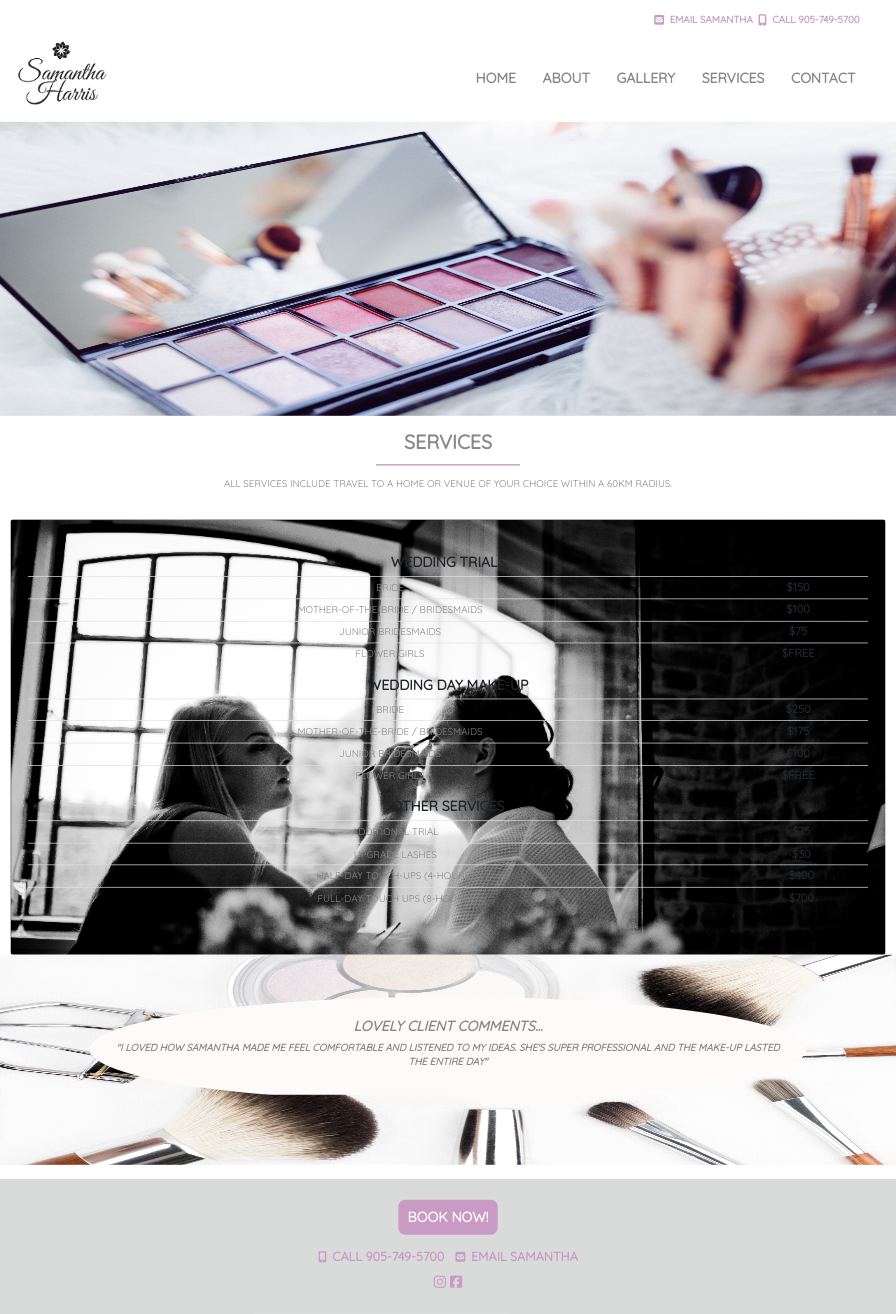
Repository: JayneyNix/milestone-1-UCFD
Page: services.html
The author's editor kept a record of every edit. The page is drawn from the files as they stood at one moment, then again after the next edit.
The browser window is 1280 px wide. The pictures show the whole page, at 70% of full size.
Some web libraries are served in a nearby version.

Above is the page before.

### services.html
<!DOCTYPE html>
<html lang="en">

<head>
    <meta charset="UTF-8">
    <meta name="viewport" content="width=device-width, initial-scale=1.0">
    <meta http-equiv="X-UA-Compatible" content="ie=edge">
    <title>Services | Professional Bridal Make-Up | Samantha Harris</title>
    <link rel="shortcut icon" type="image/png" href="Assets/favicon.png">
    <script src="https://code.jquery.com/jquery-3.3.1.slim.min.js" integrity="sha384-q8i/X+965DzO0rT7abK41JStQIAqVgRVzpbzo5smXKp4YfRvH+8abtTE1Pi6jizo" crossorigin="anonymous"></script>
    <link href="https://stackpath.bootstrapcdn.com/bootstrap/4.3.1/css/bootstrap.min.css" rel="stylesheet" integrity="sha384-ggOyR0iXCbMQv3Xipma34MD+dH/1fQ784/j6cY/iJTQUOhcWr7x9JvoRxT2MZw1T" crossorigin="anonymous" type="text/css">
    <link rel="stylesheet" href="https://cdnjs.cloudflare.com/ajax/libs/hover.css/2.3.1/css/hover-min.css" type="text/css">
    <link rel="stylesheet" href="https://fonts.googleapis.com/css?family=Quicksand">
    <script src="https://kit.fontawesome.com/26094534a3.js" crossorigin="anonymous"></script>
    <link rel="stylesheet" href="Assets/style.css" class="text/css">
</head>

<body>
    <!--Navigation-->

    <div class="fixed-header d-flex flex-row-reverse mt-2 pr-5 align-items-center">
        <div class="p-1 call-text mt-2">
            <a class="call-header" href="tel:905-749-5700" target="-blank">
                <h5 class="h5 headings"><span class="number">Call 905-749-5700</span></h5>
            </a>
        </div>
        <div class="p-1 call-icon"><a class="call-header" href="tel:905-749-5700" target="-blank"><i class="fas fa-mobile-alt" aria-hidden="true"></i></a>
        </div>
        <div class="p-1 email-text mt-2">
            <a class="email-header" href="mailto:bookings@samanthaharris.ca" target="-blank">
                <span class="call"><h5 class="h5 headings">Email Samantha</h5></span>
            </a>
        </div>
        <div class="p-1 email-icon"><a class="email-header" href="mailto:bookings@samanthaharris.ca" target="-blank"><i class="fas fa-envelope-square" aria-hidden="true"></i></a>
        </div>
    </div>


    <div class="container-fluid nav-container no-padding" role="navigation">
        <nav class="navbar navbar-light navbar-expand-lg">

            <a class="navbar-brand" href="index.html">
                <img src="Assets/logo.png" class="d-inline-block align-top"
      alt="samantha-harris-logo"/>
      </a>

            <button class="navbar-toggler ml-auto" type="button" data-toggle="collapse" data-target="#navbarNavDropdown" aria-controls="navbarNavDropdown" aria-expanded="false" aria-label="Toggle navigation">
          <span class="navbar-toggler-icon"></span>
      </button>
            <div class="collapse navbar-collapse" id="navbarNavDropdown">
                <ul class="navbar-nav navbar-default ml-auto">
                    <li class="nav-item">
                        <a class="nav-link active" href="index.html">Home</a>
                    </li>
                    <li class="nav-item">
                        <a class="nav-link" href="about.html">About</a>
                    </li>
                    <li class="nav-item">
                        <a class="nav-link" href="gallery.html">Gallery</a>
                    </li>
                    <li class="nav-item">
                        <a class="nav-link" href="services.html">Services</a>
                    </li>
                    <li class="nav-item last">
                        <a class="nav-link" href="contact.html">Contact</a>
                    </li>
                </ul><br>
            </div>
        </nav>
    </div>

    <!--Navigation-->

    <!--Introduction-->

    <div class="container-fluid services-main-banner no-padding">
        <div class="row no-gutters">
            <div class="col-sm-12">
                <img src="Assets/make-up-palette.jpg" class="img-fluid services-image w-100" alt="about-page-banner-image" />

            </div>
        </div>
    </div>

    <div class="container-fluid intro-section no-padding text-center">
        <div class="row no-gutters">
            <div class="col-sm-12 col-md-12-offset-3">
                <h1 class="h1 headings">Services</h1>
                <hr class="line">
                <p class="p headings">All services include travel to a home or venue of your choice within a 60km radius.</p><br>
            </div>

        </div>

    </div>

    <!--Introduction-->

    <!--Services Section-->

    <div id="services-container" class="container-fluid">
        <div class="card card-image img-fluid" style="background-image: url(Assets/make-up-artist-and-bride-facing-eachother.jpg">
            <div class="pricing-table text-center py-5 px-4">
                    <div class="table-responsive-md">
                    <table class="table table-sm text-center">
<h2 class="h2 headings service-heading">Wedding Trials</h2>
                        <tbody>
                            <tr>
                                <th scope="row"></th>
                                <td class="first-col p headings">Bride</td>
                                <td class="second-col h4 headings">$150</td>

                            </tr>
                            <tr>
                                <th scope="row"></th>
                                <td class="first-col p headings">Mother-of-the-Bride / Bridesmaids</td>
                                <td class="second-col h4 headings">$100</td>

                            </tr>
                            <tr>
                                <th scope="row"></th>
                                <td class="first-col p headings">Junior Bridesmaids</td>
                                <td class="second-col h4 headings">$75</td>

                            </tr>
                            <tr>
                                <th scope="row"></th>
                                <td class="first-col p headings">Flower Girls</td>
                                <td class="second-col h4 headings">$FREE</td>

                            </tr>


                        </tbody>
                    </table>
</div>


                    <div class="table-responsive-md">
                    <table class="table table-sm">
                        <h2 class="h2 headings service-heading">Wedding Day Make-Up</h2>
                        <tbody>
                            <tr>
                                <th scope="row"></th>
                                <td class="first-col p headings">Bride</td>
                                <td class="second-col h4 headings">$250</td>

                            </tr>
                            <tr>
                                <th scope="row"></th>
                                <td class="first-col p headings">Mother-of-the-Bride / Bridesmaids</td>
                                <td class="second-col h4 headings">$175</td>

                            </tr>
                            <tr>
                                <th scope="row"></th>
                                <td class="first-col p headings">Junior Bridesmaids</td>
                                <td class="second-col h4 headings">$100</td>

                            </tr>
                            <tr>
                                <th scope="row"></th>
                                <td class="first-col p headings">Flower Girls</td>
                                <td class="second-col h4 headings">$FREE</td>

                            </tr>

                        </tbody>
                    </table>
                    </div>

                    <div class="table-responsive-md">
                    <table class="table table-sm">
                        <h2 class="h2 headings service-heading">Other Services</h2>
                        <tbody>
                            <tr>
                                <th scope="row"></th>
                                <td class="first-col p headings">Additional Trial</td>
                                <td class="second-col h4 headings">$75</td>

                            </tr>
                            <tr>
                                <th scope="row"></th>
                                <td class="first-col p headings">Upgrade Lashes</td>
                                <td class="second-col h4 headings">$30</td>

                            </tr>
                            <tr>
                                <th scope="row"></th>
                                <td class="first-col p headings">Half-Day Touch-Ups (4-Hours)</td>
                                <td class="second-col h4 headings">$400</td>

                            </tr>
                            <tr>
                                <th scope="row"></th>
                                <td class="first-col p headings">Full-Day Touch Ups (8-Hours)</td>
                                <td class="second-col h4 headings">$700</td>

                            </tr>


                        </tbody>
                    </table>
 </div>

            </div>
        </div>
    </div>

    <!--Services Section-->


    <!--Testimonials-->

    <div id="testimonial-carousel" class="carousel slide d-none d-md-block" data-ride="carousel">
        <div class="carousel-inner">
            <div class="carousel-item active">
                <img class="carousel-image d-block w-100" src="Assets/cosmetic-brushes.png" alt="Slide-One">
                <div class="carousel-caption d-none d-md-block height-auto">
                    <div class="box">
                        <h2 class="h2 headings carousel-heading align-items-center justify-content-center">Lovely client comments...</h2>
                        <p class="p headings carousel-text">"Sam was awesome from the moment I met her I knew I didn't want anyone else to do my make-up! I felt so confident and beautiful but still like me"
                        </p>
                    </div>
                </div>
            </div>

            <div class="carousel-item">
                <img class="carousel-image d-block w-100" src="Assets/cosmetic-brushes.png" alt="Slide-Two">
                <div class="carousel-caption d-none d-md-block">
                    <div class="box">
                        <h2 class="h2 headings carousel-heading align-items-center justify-content-center">Lovely client comments...</h2>
                        <p class="p headings carousel-text">"I loved how Samantha made me feel comfortable and listened to my ideas. She's super professional and the make-up lasted the entire day"
                        </p>
                    </div>
                </div>
            </div>
            <div class="carousel-item">
                <img class="carousel-image d-block w-100" src="Assets/cosmetic-brushes.png" alt="Slide-Three">
                <div class="carousel-caption d-none d-md-block">
                    <div class="box">
                        <h2 class="h2 headings carousel-heading align-items-center justify-content-center">Lovely client comments...</h2>
                        <p class="p headings carousel-text">"I was looking for someone who uses natural products and the latest techniques and Samantha was knowledgeable, experienced and wasn't flustered with our party of 7!"
                        </p>
                    </div>
                </div>
            </div>
        </div>
    </div>

    <!--Testimonials-->

    <!--Footer-->

    <footer class="container-fluid footer-container no-padding">

        <div id="footer" class="row">
            <div class="col-sm-12">
                <div class="action">
                    <btn class="footer-button">
                        <a class="contact-link" href="contact.html">
                            <h2 class="h2 headings footer-items">BOOK NOW!</h2>
                        </a>
                    </btn>
                </div>

                <div class="d-flex flex-row justify-content-center mt-3">

                    <div class="p-1 call-icon"><a class="call-header" href="tel:905-749-5700" target="-blank"><i class="fas fa-mobile-alt" aria-hidden="true"></i></a>
                    </div>
                    <div class="p-1 call-text mr-2">
                        <a class="call-contact" href="tel:905-749-5700" target="-blank">
                            <h3 class="h3 headings">Call 905-749-5700</h3>
                        </a>
                    </div>
                    <div class="p-1 email icon"><a class="email-header" href="mailto:bookings@samanthaharris.ca" target="-blank"><i class="fas fa-envelope-square" aria-hidden="true"></i></a>
                    </div>
                    <div class="p-1 email-text">
                        <a class="email-contact" href="mailto:bookings@samanthaharris.ca" target="-blank">
                            <h3 class="h3 headings">Email Samantha</h3>
                        </a>
                    </div>
                </div>

                <div class="col-sm-12">
                    <div class="social"></div>
                    <a class="insta" href="https://www.instagram.com" target="-blank"><i class="fab fa-instagram" aria-hidden="true"></i>
                    </a>
                    <a class="facebook" href="https://www.facebook.com" target="-blank"><i class="fab fa-facebook-square" aria-hidden="true"></i></a>
                </div>
            </div>
        </div>
    </footer>

    <!--Footer-->
    <script src="https://cdnjs.cloudflare.com/ajax/libs/jquery/3.4.1/jquery.slim.min.js"></script>
    <script src="https://cdnjs.cloudflare.com/ajax/libs/popper.js/1.15.0/umd/popper.min.js"></script>
    <script src="https://cdnjs.cloudflare.com/ajax/libs/twitter-bootstrap/4.3.1/js/bootstrap.min.js"></script>
</body>

</html>

### Assets/style.css
/*Typography*/

.headings {

    font-family: Quicksand, sans-serif;
    text-transform: uppercase;
    font-weight: bold;
}

.h1 {
    font-size: 28px;
    color: #8a8689;
    font-weight: bold;
}

.h2 {
    font-size: 20px;
    font-weight: bold;
}

.h3 {
    font-size: 18px;
    color: #8a8689;
}

.h4 {
    font-size: 16px;
}

.h5 {
    font-size: 14px;
    color: #8a8689;
}

.p {
    font-size: 14px;
    color: #8a8689;
    font-weight: normal;
}

.line {
    border-style: solid;
    border-width: 1px;
    border-color: #c99bc4;
    width:20%;
    background-position: center;
    background-repeat: no-repeat;
}

/*Typography*/


/*Contact Header*/

.p-1 .email-header {
    color: #c99bc4;
    text-decoration: none;
}

.p-1 .call-header {
    color: #c99bc4;
    text-decoration: none;
}

.p-1 .email-header:hover {
    color: #8a8689;
}

.p-1 .call-header:hover {
    color: #8a8689;
}

.p-1 .h5 {
    color: #c99bc4;
}

.p-1 .h5:hover {
    color: #8a8689;
}

/*Contact Header*/


/*--Navigation--*/

.nav-container {
    padding-right: 20px;
    padding-left: 0;
}

.navbar {
    background-color: #fff;
    padding: 0;
}

.navbar-brand {
    padding-left: 20px;
    padding-bottom: 20px;
    background-size: cover;
    width: 150;
    height: 150;
}

.navbar-nav {
    padding-right: 30px;
}

.nav-item {
    padding: 20;
}

.nav-link {
    font-family: "Quicksand", sans-serif;
    font-size: 20px;
    font-weight: bold;
    text-decoration: none;
    text-transform: uppercase;
    color: #8a8689!important;
    vertical-align: middle;
    padding-left: 30px!important;
}

.nav-link:hover {
    color: #c99bc4!important;
    transform: scale(1.25);
    transition: ease-in-out;
    transition-duration: 0.3s;
}

.navbar-light .navbar-toggler {
    padding-right: 30px;
    border: 0;
    font-weight: bold;
}

  .navbar-toggler:focus, .navbar-toggler:active {
    outline: none;
    box-shadow: none;
    color: #c99bc4;
  }

@media (max-width: 992px) {
    #navbarNavDropdown {
        text-align: center;
    }
}

/*--Navigation--*/


/*--Footer*/

.container-fluid .footer-container {
    display: inline-block;
    font-size: 0;
}

#footer {
    background-color: #d9dbda;
    text-align: center;
    padding-top: 30px;
    padding-bottom: 30px;
}

.footer-button {
    position: relative;
    display: inline-block;
    font-family: "Quicksand", sans-serif;
    font-size: 20px;
    font-weight: bolder;
    text-transform: uppercase;
    vertical-align: middle;
    border: 3px solid #c99bc4;
    border-radius: 10px;
    padding: 10px;
    text-align: center;
    background-color: #c99bc4;
}

.footer-button .contact-link {
    text-decoration: none;
}

.footer-items {
    color: #fffafa;
    font-weight: bold;
    vertical-align: middle;
    margin: 0;
}

.footer-items:hover {
    color: #8a8689;
    transform: scale(1.1);
    transition: ease-in-out;
    transition-duration: 0.5s;
}

.call-contact .h3 {
    color: #c99bc4;
    text-decoration: none;
}

.a .call-contact {
    text-decoration: none;
}

.email-contact .h3 {
    color: #c99bc4;
    text-decoration: none;
}

.a .email-contact {
    text-decoration: none;
}

.call-contact .h3:hover {
    color: #8a8689;
}

.email-contact .h3:hover {
    color: #8a8689;
}

.insta {
    color: #c99bc4;
    font-size: 20px;
}

.facebook {
    color: #c99bc4;
    font-size: 20px;
}

.insta:hover {
    color: #8a8689;
    text-decoration: none;
}

.facebook:hover {
    color: #8a8689;
    text-decoration: none;
}

/*--Footer*/


/*--Homepage Section 1 - Banner & Intro*/

.home-main-banner {
    max-width: 100%;
    height: 100%;
    padding: 0px 0px 20px;
    margin: 0;
    font-size: 0;
}

#home-main-intro {
    padding: 0;
    margin: 0;
}

.intro-section {
    padding: 0;
    width: 80%;
}

/*--End Homepage Section 1 - Banner & Intro*/


/*--Homepage Section 2 - Testimonials*/

#testimonial-carousel {
    display: block;
    padding: 0;
    font-size: 0;
    margin-bottom: 20px;
    height: 300px;
}

.carousel-image {
    height: 300px;
}

.carousel-caption {
    position: absolute;
    left: 50%;
    top: 40%;
    transform: translate(-50%, -50%);
    overflow: hidden;
    width: 80%;
}

.carousel-heading {
    color: #8a8689;
    font-style: italic;
    font-weight: bolder;
}

.carousel-text {
    font-style: italic;
    font-weight: bolder;
}

.box {
    border: 0px transparent;
    border-radius: 50%;
    background-color: #fffafa;
    padding: 30px;
}

/*--End Homepage Section 2 - Testimonials*/


/*--Gallery--*/

.gallery-container {
    padding-bottom: 20px;
}

/*--End Gallery--*/


/*--Contact Page--*/

.contact-main-banner {
    max-width: 100%;
    padding: 0px 0px 20px;
    margin: 0;
    font-size: 0;
}

.contact-image {
    height: 420px;
}

.contact-intro {
    padding: 0;
    margin: 0;
}

.contact-container {
    width: 100%;
    padding-bottom: 20px;
    margin: 20px 0px;
    padding-left: 0;
    padding-right: 0;
    vertical-align: middle;
    background-color: #fffafa;
}

.row-top {
    padding-top: 40px;
}

.row-second-section  {
    padding-top: 20px;
}

.row-bottom {
    padding-top:20px;
}

.send-btn {
    vertical-align: middle;
    border: 3px solid #c99bc4;
    border-radius: 10px;
    padding: 10px;
    text-align: center;
    background-color: #c99bc4;
    color: #fffafa;
    font-weight: bolder;
}

.send-btn:hover {
    color: #8a8689;
    transform: scale(1.1);
    transition: ease-in-out;
    transition-duration: 0.5s;
}

.form-control::placeholder {
    font-family: Quicksand, 'sans-serif';
    font-size: 14px;
    font-style: italic;
    font-weight: bold;
    text-transform: uppercase;
    color:#8a8689;
}

::-webkit-datetime-edit-text {
    color: #8a8689;
    padding: 0 0.3em;
    text-transform: uppercase;
    font-family: Quicksand, 'sans-serif';
    font-size: 14px;
    font-style: italic;
    font-weight: bold;
    }

/*--End Contact Page--*/


/*--About Page--*/

.about-main-banner {
    max-width: 100%;
    padding: 0px 0px 20px;
    margin: 0;
    font-size: 0;
}

.about-image {
    height: 420px;
}

.about-container {
    margin-bottom: 20px;
}

.about-text {
    margin-right: 10px;
}

.about-heading {
    margin-bottom: 20px;
}

.about-photo {
    display:inline-block;
}

.ul{
    list-style: none;
}

.ul .li:before {

    background-color: #c99bc4;
    border-radius: 50%;
    display: inline-block;
    margin-right: 10px;
    margin-bottom: 2px;
    height: 10px;
    width: 10px;
    content: "\f105";
}

/*--About Page--*/


/*--Services Page--*/

.services-container {

    width: 80%;
    margin-bottom: 50px;
    height:auto;
}

.services-main-banner {
    max-width: 100%;
    padding: 0px 0px 20px;
    margin: 0;
    font-size: 0;
}

.services-image {
    height:420px;
}

.services-heading {
    padding:0;
    margin:0;
}

  .card-img {
    width: 100%;
    height:100%;
    opacity: 0.1;
}

.card-img-overlay .card-title {
    font-weight: bolder;
    color: #c99bc4;
    margin-top: 120px;
}


.services-text {
    width:100%;
    background-color: #fffafa;
}


.list-inline {
    text-align: center;
    vertical-align: middle;
}

.list-inline-item {
    padding: 10px;
}

.pricing-row {
    height:auto;
}

/*--Services Page--*/

After the next edit:
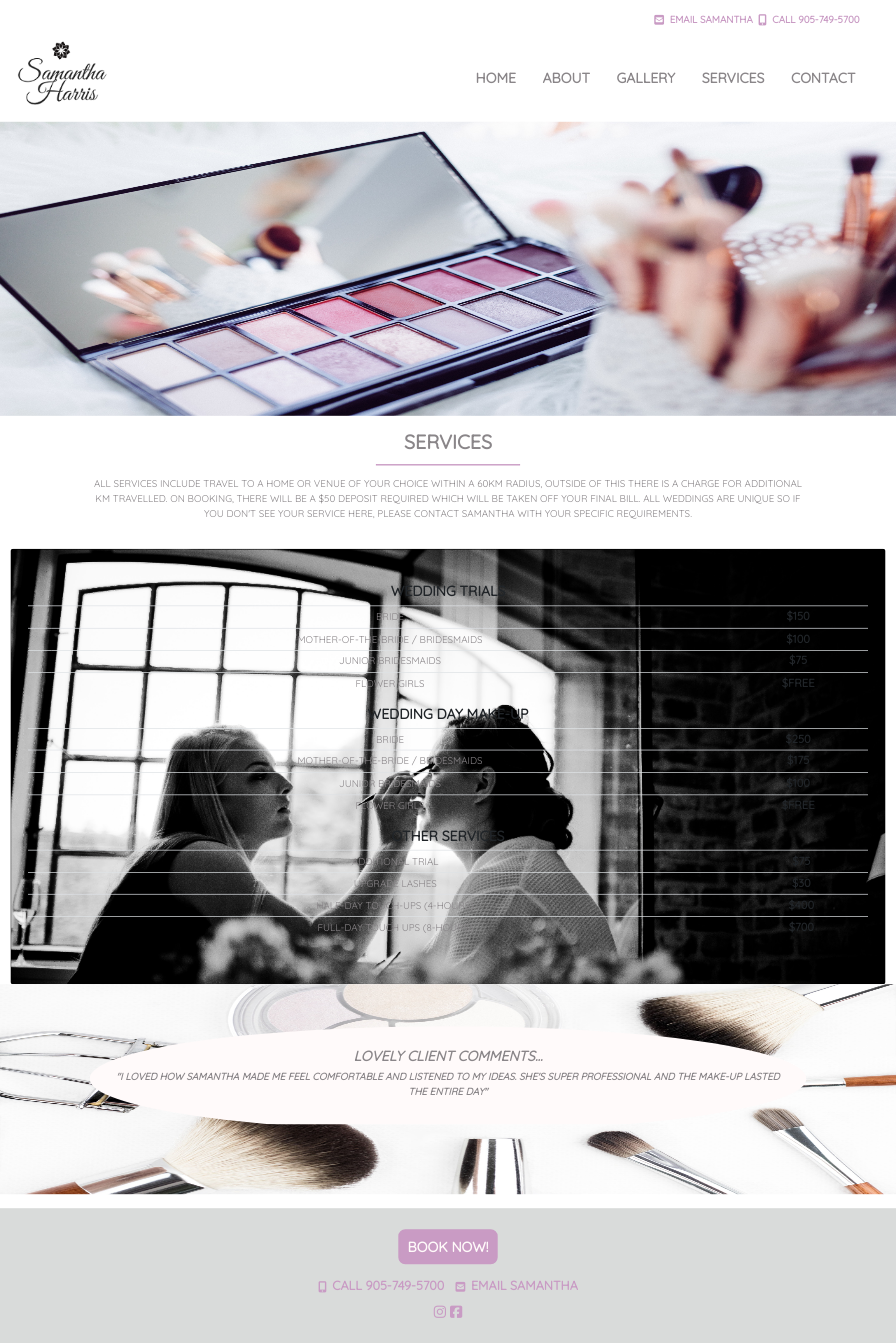
The edit:
--- a/services.html
+++ b/services.html
@@ -87,7 +87,7 @@
             <div class="col-sm-12 col-md-12-offset-3">
                 <h1 class="h1 headings">Services</h1>
                 <hr class="line">
-                <p class="p headings">All services include travel to a home or venue of your choice within a 60km radius.</p><br>
+                <p class="p headings">All services include travel to a home or venue of your choice within a 60km radius, outside of this there is a charge for additional km travelled. On booking, there will be a $50 deposit required which will be taken off your final bill. All weddings are unique so if you don't see your service here, please contact Samantha with your specific requirements.</p><br>
             </div>
 
         </div>
